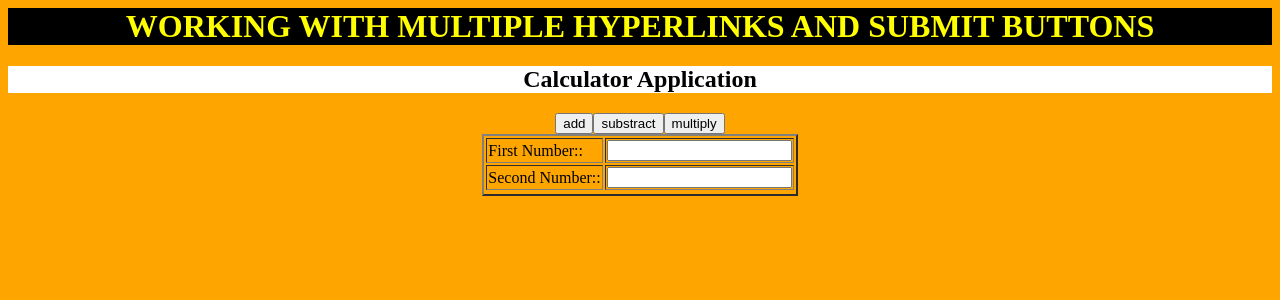
Repository: shivaramkrishna53/SERVLET_PROJECTS
Page: proj11-workingwithmultiplehyperlinksandsubmitbuttons/WebContent/input.html
An editor plug-in stored every save of this project. The page is shown before and after the next save, followed by the edit.
The browser window is 1280 px wide. The pictures show the whole page.

Above is the page before, as saved 2021-01-12 08:22:58.

### proj11-workingwithmultiplehyperlinksandsubmitbuttons/WebContent/input.html
<html>
<head>
<title>calculator</title>
</head>
<body bgcolor="orange">
<center>
<h1 style="text-align: center;background: black;color:YELLOW">WORKING WITH MULTIPLE HYPERLINKS AND SUBMIT BUTTONS</h1>
<h2 style="text-align:center;background: white" colr:red">Calculator Application</h2>
<table border="2" >
<tr>
<td>First Number::</td>
<td>
<input type="text" name="first"/>
</td>
</tr>
<tr>
<td>Second Number::
</td>
<td>
<input type="text" name="second"/>
</td>
</tr>
<tr>
<input type="button" name="cal" value="add"/>
<input type="button" name="cal" value="substract"/>
<input type="button" name="cal" value="multiply"/>
</tr>
</table>
</center>
</body>
</html>

After the next save:
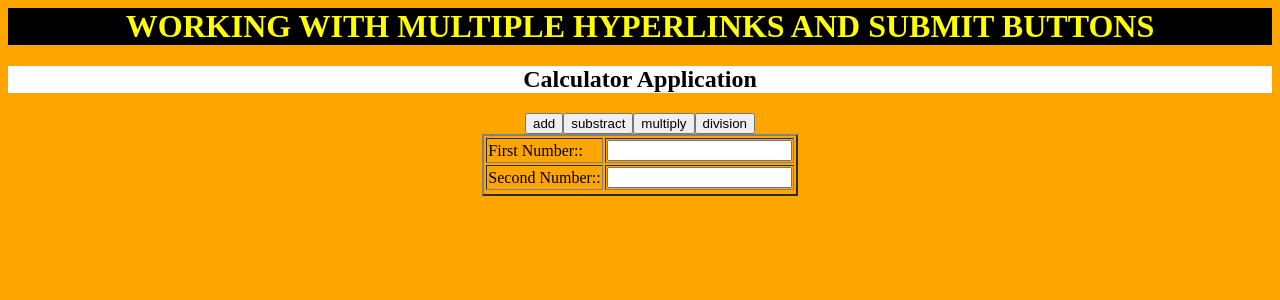
Saved 59 s later.
--- a/proj11-workingwithmultiplehyperlinksandsubmitbuttons/WebContent/input.html
+++ b/proj11-workingwithmultiplehyperlinksandsubmitbuttons/WebContent/input.html
@@ -24,6 +24,7 @@
 <input type="button" name="cal" value="add"/>
 <input type="button" name="cal" value="substract"/>
 <input type="button" name="cal" value="multiply"/>
+<input type="button" name="cal" value="division"/>
 </tr>
 </table>
 </center>
